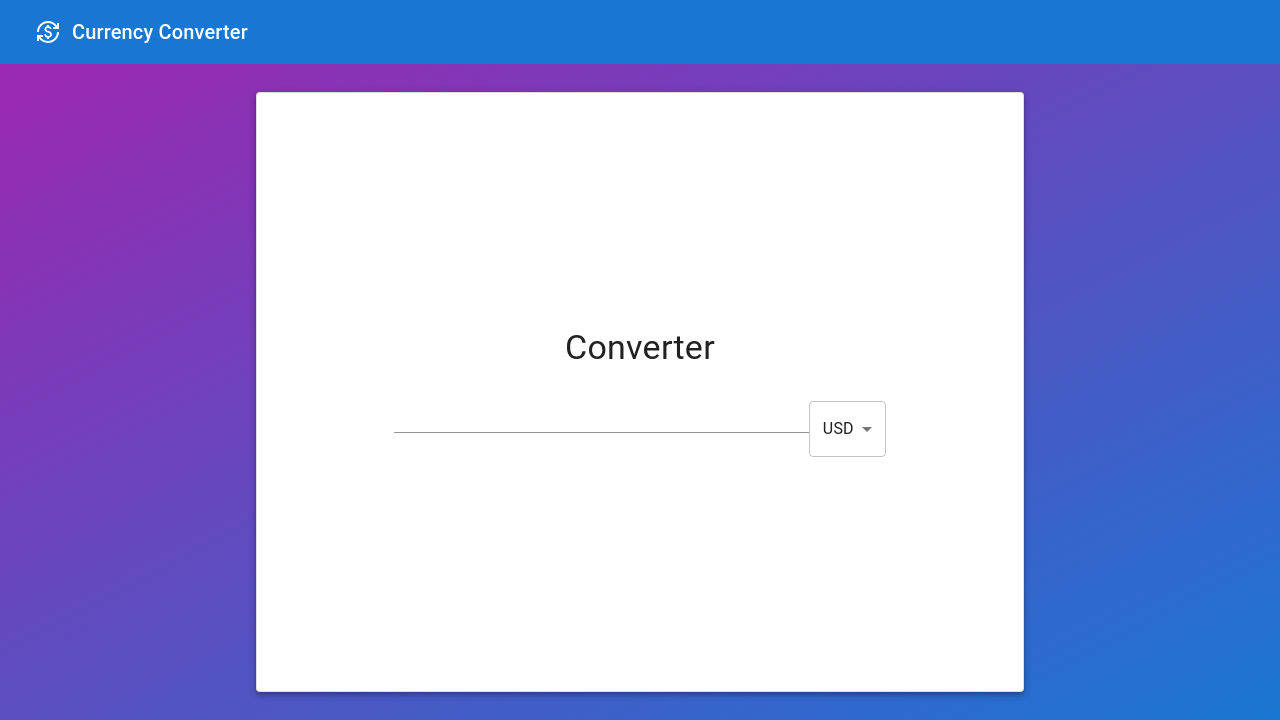
Repository: rutsguifd/currency-converter
Page: /
The author's editor kept a copy of each file at every save. The page is drawn from the files as they stood at one save, then again after the next save.
The browser window is 1280 px wide. The pictures show the whole page.
The project was rebuilt for these pictures with package versions that can differ from the ones it lists, and the page was loaded fresh each time. Also part of the build but not shown: src/components/ErrorBoundary.jsx.

Above is the page before, as saved 2023-03-28 00:07:03.

### src/index.js
import { CssBaseline } from "@mui/material";
import React from "react";
import ReactDOM from "react-dom/client";
import { Provider } from "react-redux";
import { BrowserRouter } from "react-router-dom";
import App from "./App";
import { setupStore } from "./store";

const store = setupStore();

const root = ReactDOM.createRoot(document.getElementById("root"));
root.render(
  <Provider store={store}>
    <BrowserRouter>
      <CssBaseline>
        <App />
      </CssBaseline>
    </BrowserRouter>
  </Provider>
);

### src/App.js
import AppRouter from "./router/AppRouter";

function App() {
  return (
    <>
      <AppRouter />
    </>
  );
}

export default App;

### src/store/index.js
import { combineReducers, configureStore } from "@reduxjs/toolkit";
import { ConverterAPI } from "./ConverterService";

const rootReducer = combineReducers({
  [ConverterAPI.reducerPath]: ConverterAPI.reducer,
});

export const setupStore = () => {
  return configureStore({
    reducer: rootReducer,
    middleware: (getDefaultMiddleware) =>
      getDefaultMiddleware().concat(ConverterAPI.middleware),
  });
};

### src/router/AppRouter.jsx
import React from "react";
import { Route, Routes } from "react-router-dom";
import ErrorBoundary from "../components/ErrorBoundary";
import HomePage from "../pages/HomePage";

const AppRouter = () => {
  return (
    <Routes>
      <Route path="/" element={<HomePage />} />
      <Route path="/error" element={<ErrorBoundary />} />
    </Routes>
  );
};

export default AppRouter;

### src/store/ConverterService.js
import { createApi, fetchBaseQuery } from "@reduxjs/toolkit/dist/query/react";

const BASE_URL = "https://api.apilayer.com/exchangerates_data/";

const BASE_QUERY = fetchBaseQuery({
  baseUrl: BASE_URL,
  prepareHeaders: (headers) => {
    headers.set("apikey", "3yTPGVUhUYyAGGgNkKb2MySzxmY4qcWi");
    return headers;
  },
});

export const ConverterAPI = createApi({
  reducerPath: "ConverterAPI",
  baseQuery: BASE_QUERY,
  tagTypes: ["ConverterAPI"],
  endpoints: (build) => ({
    getLatestCurrency: build.query({
      query: ({ symbols, base }) => `latest?symbols=${symbols}&base=${base}`,
    }),
  }),
});

### src/pages/HomePage.jsx
import React from "react";
import ConvertContainer from "../components/ConvertContainer";
import MainLayout from "../layout/MainLayout";

const HomePage = () => {
  return (
    <MainLayout>
      <ConvertContainer />
    </MainLayout>
  );
};

export default HomePage;

### src/components/ConvertContainer.jsx
import { Container, useTheme } from "@mui/material";
import React from "react";
import Convert from "./Convert";

const ConvertContainer = () => {
  const theme = useTheme();

  return (
    <Container
      maxWidth={false}
      disableGutters
      sx={{
        display: "flex",
        justifyContent: "center",
        alignItems: "center",
        minHeight: "calc(100vh - 64px)",
        background: `linear-gradient(to right bottom, ${theme.palette.secondary.main},  ${theme.palette.primary.main})`,
      }}
    >
      <Convert />
    </Container>
  );
};

export default ConvertContainer;

### src/layout/MainLayout.jsx
import React from "react";
import Header from "../components/Header";

const MainLayout = ({ children }) => {
  return (
    <>
      <Header />
      {children}
    </>
  );
};

export default MainLayout;

### src/components/Convert.jsx
import {
  Box,
  FormControl,
  InputLabel,
  MenuItem,
  Paper,
  Select,
  TextField,
  Typography,
} from "@mui/material";
import React, { useState } from "react";

const Convert = () => {
  const [currentCurrency, setCurrentCurrency] = useState("USD");

  const handleChange = (e) => {
    setCurrentCurrency(e.target.value);
  };

  console.log(currentCurrency);
  return (
    <Paper
      variant="outlined"
      sx={{
        p: 4,
        display: "flex",
        flexDirection: "column",
        alignItems: "center",
        justifyContent: "center",
        width: "60vw",
        minWidth: "400px",
        height: "60vh",
        minHeight: "600px",
        gap: 4,
        boxShadow: 4,
      }}
    >
      <Typography variant="h4">Converter</Typography>
      <Box display="flex" flexDirection="row" width="70%">
        <TextField variant="standard" sx={{ width: "100%" }} />
        <Select
          id="demo-simple-select"
          value={currentCurrency}
          onChange={handleChange}
        >
          <MenuItem value="UAH">UAH</MenuItem>
          <MenuItem value="USD">USD</MenuItem>
          <MenuItem value="EURO">EURO</MenuItem>
        </Select>
      </Box>
    </Paper>
  );
};

export default Convert;

### src/components/Header.jsx
import {
  AppBar,
  Box,
  CircularProgress,
  IconButton,
  Toolbar,
  Typography,
} from "@mui/material";
import CurrencyExchangeIcon from "@mui/icons-material/CurrencyExchange";
import EuroSymbolIcon from "@mui/icons-material/EuroSymbol";
import AttachMoneyIcon from "@mui/icons-material/AttachMoney";
import React from "react";
import { ConverterAPI } from "../store/ConverterService";
import { useNavigate } from "react-router-dom";

const Header = () => {
  const navigate = useNavigate();

  //   const {
  //     data: USDData,
  //     error: USDError,
  //     isLoading: USDLoading,
  //   } = ConverterAPI.useGetLatestCurrencyQuery({
  //     symbols: "UAH",
  //     base: "USD",
  //   });
  //   const {
  //     data: EURData,
  //     error: EURError,
  //     isLoading: EURLoading,
  //   } = ConverterAPI.useGetLatestCurrencyQuery({
  //     symbols: "UAH",
  //     base: "EUR",
  //   });
  //   if (USDError || EURError) {
  //     return navigate("/error");
  //   }
  return (
    <Box sx={{ flexGrow: 1 }}>
      <AppBar position="static">
        <Toolbar>
          <IconButton size="large" color="inherit">
            <CurrencyExchangeIcon />
          </IconButton>
          <Typography variant="h6" component="div" sx={{ flexGrow: 1 }}>
            Currency Converter
          </Typography>
          {/* <Box margin={2} display="flex" flexDirection="row">
            <EuroSymbolIcon />
            {EURLoading ? (
              <CircularProgress />
            ) : (
              <Typography>{EURData.rates.UAH}</Typography>
            )}
          </Box>
          <Box margin={2} display="flex" flexDirection="row">
            <AttachMoneyIcon />
            {USDLoading ? (
              <CircularProgress />
            ) : (
              <Typography>{USDData.rates.UAH}</Typography>
            )}
          </Box> */}
        </Toolbar>
      </AppBar>
    </Box>
  );
};

export default Header;

Loaded but not shown: public/index.html (common file)

After the next save:
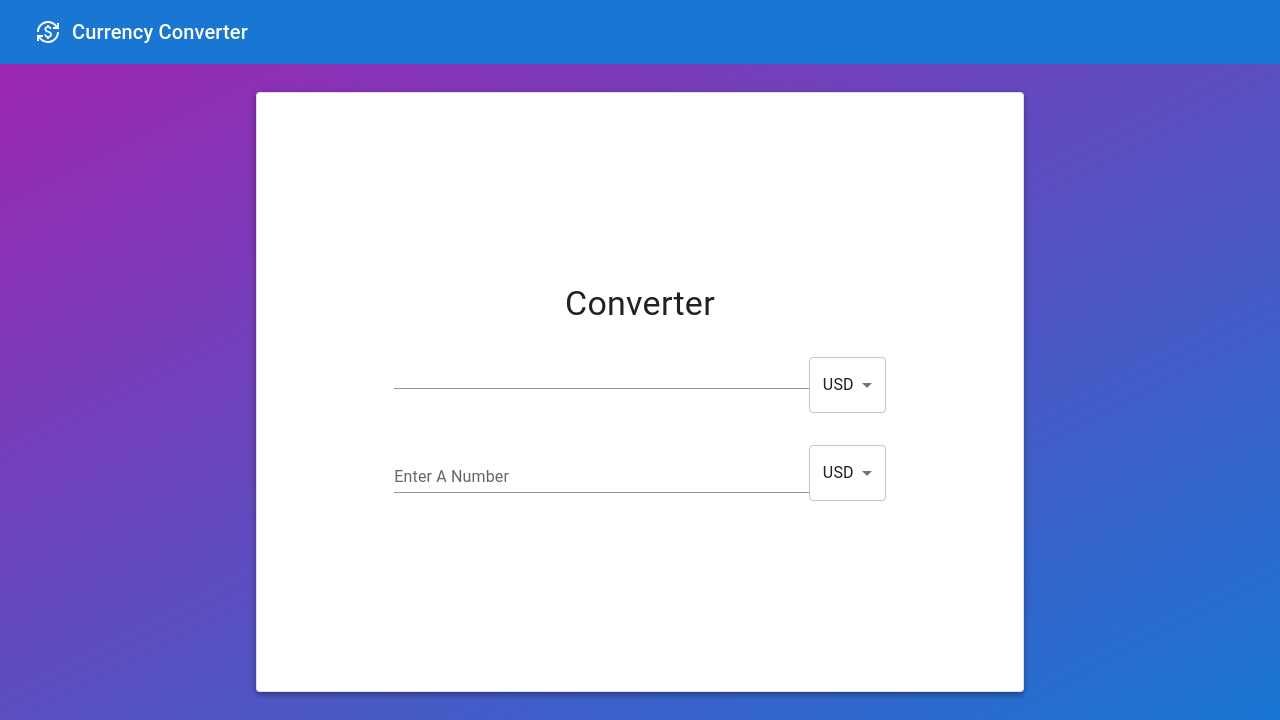
Saved 93 s later.
--- a/src/components/Convert.jsx
+++ b/src/components/Convert.jsx
@@ -48,6 +48,22 @@ const Convert = () => {
           <MenuItem value="EURO">EURO</MenuItem>
         </Select>
       </Box>
+      <Box display="flex" flexDirection="row" width="70%">
+        <TextField
+          variant="standard"
+          sx={{ width: "100%" }}
+          label="Enter A Number"
+        />
+        <Select
+          id="demo-simple-select"
+          value={currentCurrency}
+          onChange={handleChange}
+        >
+          <MenuItem value="UAH">UAH</MenuItem>
+          <MenuItem value="USD">USD</MenuItem>
+          <MenuItem value="EURO">EURO</MenuItem>
+        </Select>
+      </Box>
     </Paper>
   );
 };
